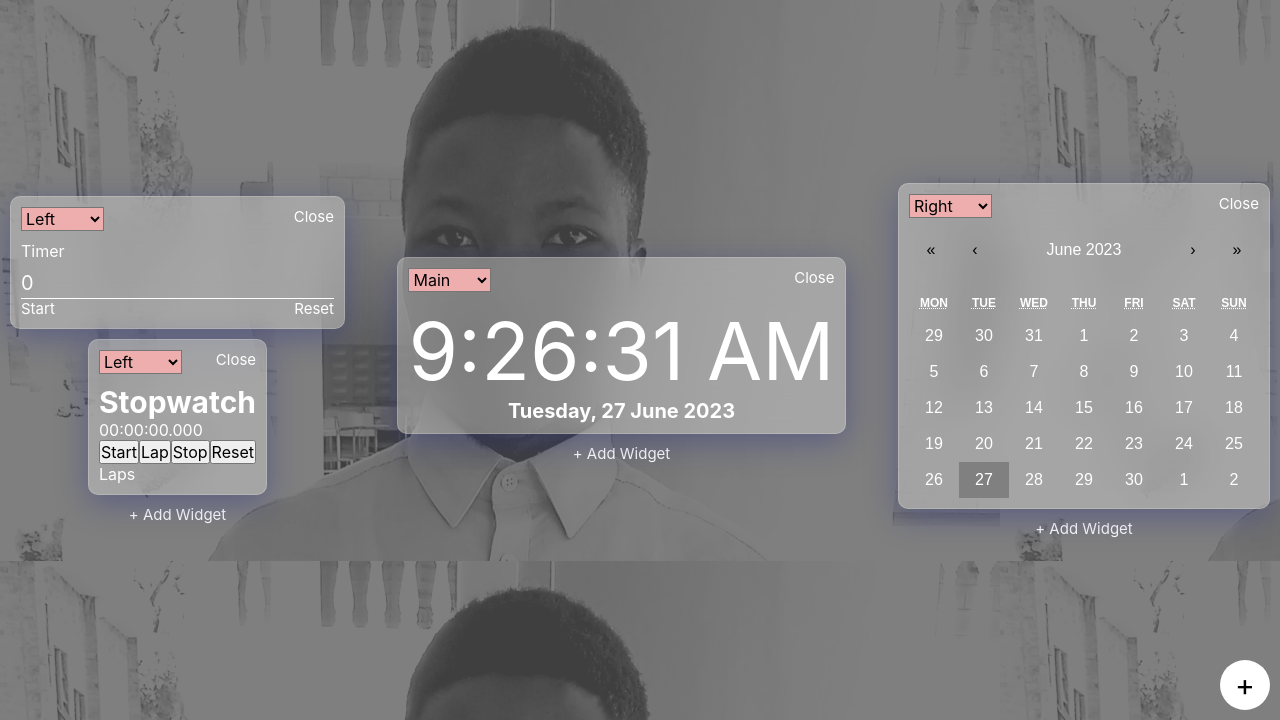
Repository: Angera-Silas/Planner-app
Page: /
The author's editor kept a copy of each file at every save. The page is drawn from the files as they stood at one save, then again after the next save.
The browser window is 1280 px wide. The pictures show the whole page.
The project was rebuilt for these pictures with package versions that can differ from the ones it lists, and the page was loaded fresh each time. Also part of the build but not shown: src/widgets/ReminderListWidget.js, src/modals/WidgetGalleryModal.js.

Above is the page before, as saved 2023-06-27 17:41:42.

After the next save:
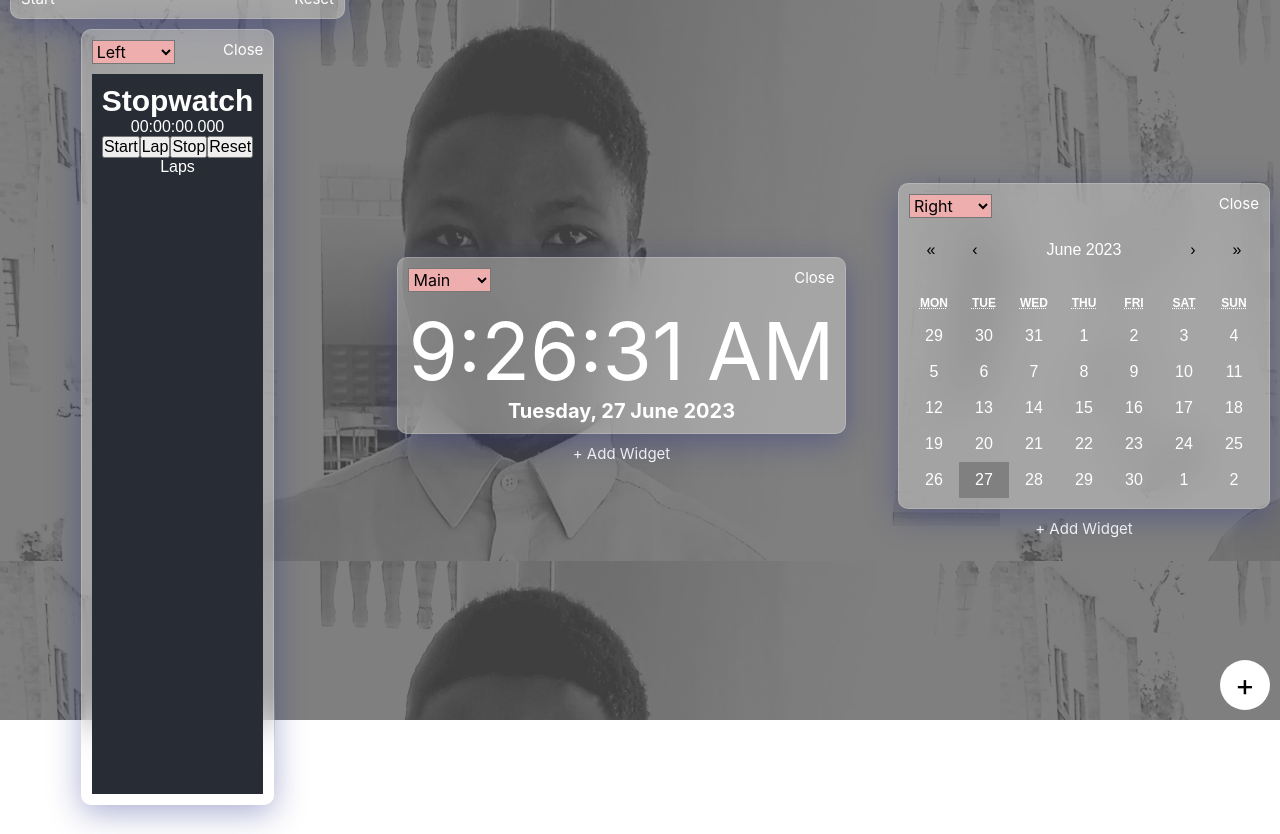
Saved 6 s later.
--- a/src/widgets/MyCustomWidget.js
+++ b/src/widgets/MyCustomWidget.js
@@ -54,7 +54,7 @@ export default function MyCustomWidget() {
   }))
  }
   return (
-    <div className=''>
+    <div className='stopwatch'>
       <div style={{ display: "flex", alignItems: "center", flexDirection: "row", justifyContent: "space-between", width: "100%" }}>
       <div style={{ textAlign: "left" }}>
        <h1 style={{ fontWeight: "bold", fontSize: 30 }}>Stopwatch</h1>
